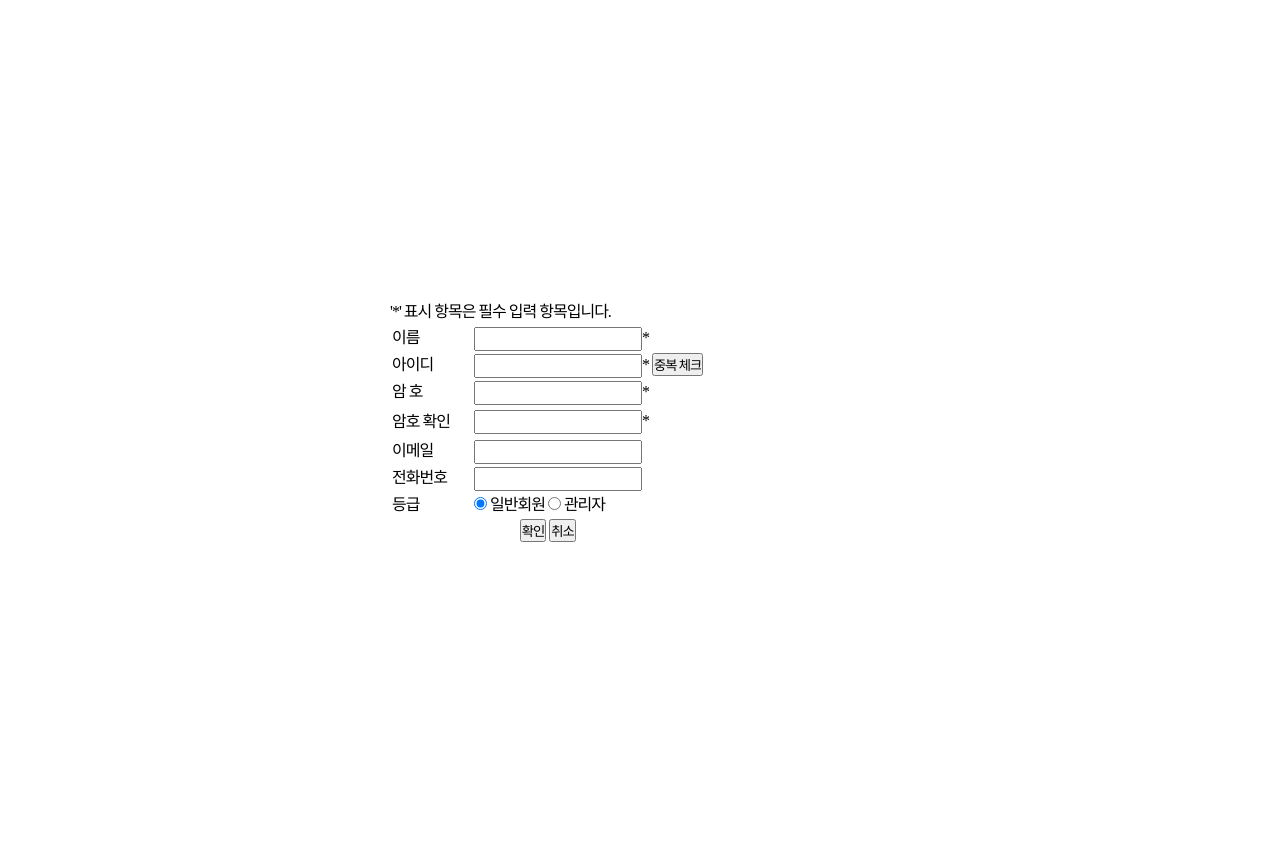
Repository: InhoKang92/jsp_1018
Page: http://localhost/Web_01/join.jsp
The author's editor kept a copy of each file at every save. The page is drawn from the files as they stood at one save, then again after the next save.
The browser window is 1280 px wide. The pictures show the whole page.
Some web fonts or font styles are not loaded; a fallback is used. The page is served by Tomcat 9. Other server files are loaded and not shown.

Above is the page before, as saved 2024-10-16 01:54:23.

### Web_01/src/main/webapp/join.jsp
<%@ page language="java" contentType="text/html; charset=UTF-8"
pageEncoding="UTF-8"%>
<!DOCTYPE html>
<html>
<head>
<meta charset="UTF-8">

<link rel="stylesheet" href="css/reset.css">
<link rel="stylesheet" href="css/join.css">

<title>모던하우스 회원가입</title>
</head>
<body>


      <form method="post" name="frm" class="join_box">
      '*' 표시 항목은 필수 입력 항목입니다.
        <table class="join_table">
          <tr>
            <td>이름</td>
            <td><input type="text" name="username" size="20">*</td>
          </tr>
          <tr>
            <td>아이디</td>
            <td>
              <input type="text" name="userid" size="20" id="userid">*
              <input type="hidden" name="reid" size="20">
              <input type="button" value="중복 체크" onclick="idCheck()">
            </td>
          </tr>
          <tr>
            <td>암 호</td>
            <td><input type="password" name="pwd" size="20">*</td>
          </tr>
          <tr height="30">
            <td width="80">암호 확인</td>
            <td><input type="password" name="pwd_check" size="20">*</td>
          </tr>
          <tr>
            <td>이메일</td>
            <td><input type="text" name="email" size="20"></td>
          </tr>
          <tr>
            <td>전화번호</td>
            <td><input type="text" name="phone" size="20"></td>
          </tr>
          <tr>
            <td>등급</td>
            <td>
               <input type="radio" name="admin" value="0" checked="checked"> 일반회원
               <input type="radio" name="admin" value="1"> 관리자
            </td>
          </tr>
          <tr>
            <td colspan="2" align="center">
               <input type="submit" value="확인" onclick="return joinCheck()">
               <input type="reset" value="취소">
            </td>
          </tr>
          <tr>
            <td colspan="2">${message }</td>
          </tr>
        </table>
      </form>

</body>
</html>

### Web_01/src/main/webapp/css/reset.css
@charset "utf-8";

@font-face {
    font-family: 'Pretendard-Regular';
    src: url('https://fastly.jsdelivr.net/gh/Project-Noonnu/noonfonts_2107@1.1/Pretendard-Regular.woff') format('woff');
    font-weight: 400;
    font-style: normal;
}

/* CSS 리셋 */
* {
    margin: 0;
    padding: 0;
    color: #000;
    list-style: none;
    text-decoration: none;
    box-sizing: border-box;
    line-height: 1.5;
    letter-spacing: -1px;
    font-family: 'Pretendard-Regular';
}

### Web_01/src/main/webapp/css/join.css
@charset "utf-8";

.join_box {
    width: 500px;
    margin: 300px auto;
}

After the next save:
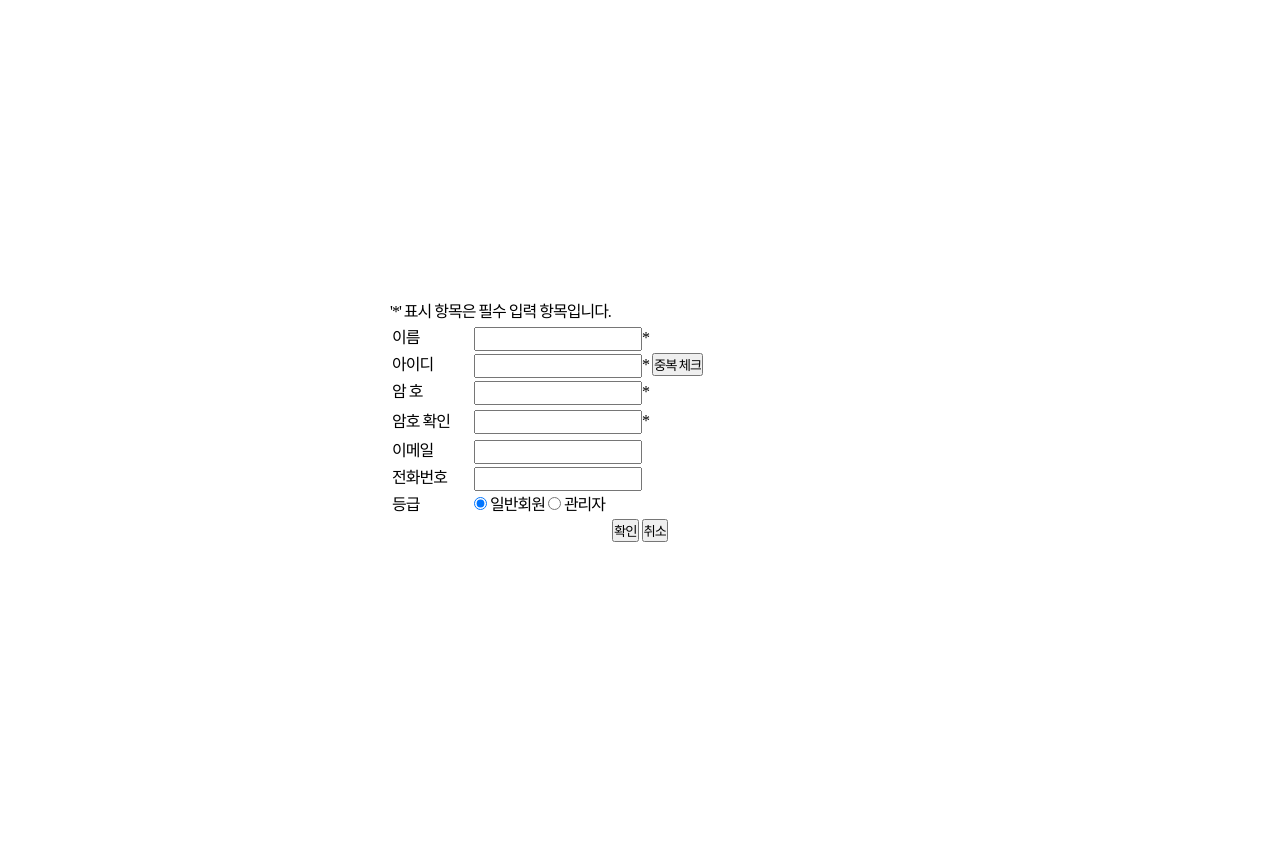
Saved 17 s later.
--- a/Web_01/src/main/webapp/css/join.css
+++ b/Web_01/src/main/webapp/css/join.css
@@ -4,3 +4,6 @@
     width: 500px;
     margin: 300px auto;
 }
+.join_table {
+	width: 100%;
+}
